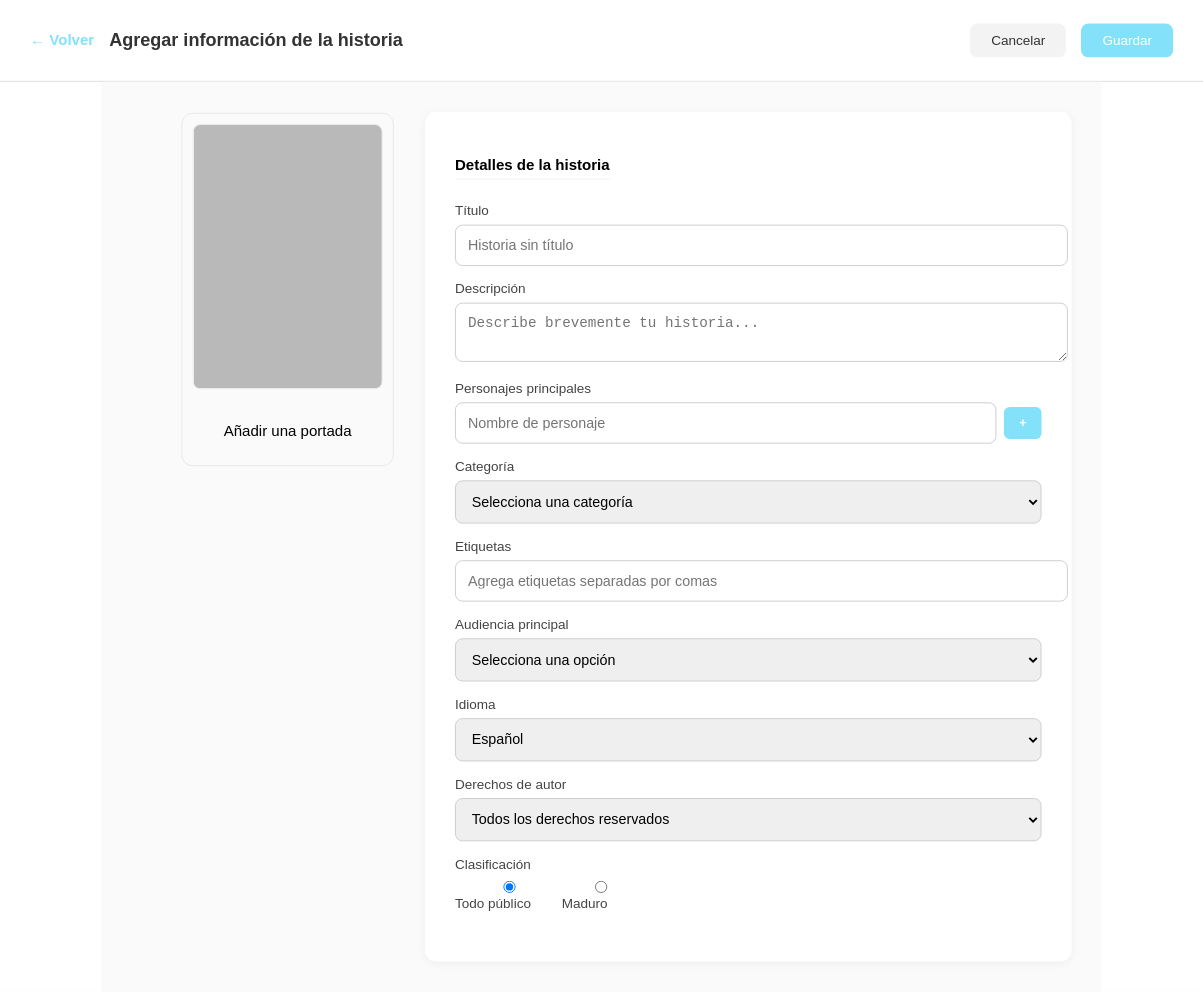
Repository: Mellowdarkl/willpig_studio
Page: .env/html_backup/indexCreti.html
An editor plug-in stored every save of this project. The page is shown before and after the next save, followed by the edit.
The browser window is 1280 px wide. The pictures show the whole page, at 94% of full size.
Pictures or frames that could not be fetched are drawn as grey boxes.

Above is the page before, as saved 2025-11-11 13:28:40.

### .env/html_backup/indexCreti.html
<!DOCTYPE html>
<html lang="es">
<head>
  <meta charset="UTF-8" />
  <meta name="viewport" content="width=device-width, initial-scale=1.0" />
  <title>Crear historia | Willpig Studio</title>
  <link rel="stylesheet" href="style1.2.css" />
  <link rel="icon" type="image/x-icon" href="/public/img/img.ico/logo.ico" />
</head>
<body>

  <!-- 🧭 Barra superior -->
  <header class="story-header">
    <div class="header-left">
      <a href="/" class="back-link">← Volver</a>
      <h2>Agregar información de la historia</h2>
    </div>

    <div class="header-actions">
      <button class="btn-canceler">Cancelar</button>
      <button class="btn-savever">Guardar</button>
    </div>
  </header>

  <!--  Contenedor principal -->
  <main class="new-storys">
    <!--  Lado izquierdo: portada -->
    <div class="story-cover">

    <div class="story-cover">
      <label for="portada" class="cover-box">
        <img src="/public/img/img.ico/image-icon.png" alt="" class="cover-icon">
        <p>Añadir una portada</p>
      </label>
        <input type="file" id="portada" accept="image/*" hidden>
    </div>


    <!--  Lado derecho: formulario -->
    <form class="story-form" action="/newstory" method="POST">
      <section class="story-details">
        <h3>Detalles de la historia</h3>

        <div class="form-group">
          <label for="titulo">Título</label>
          <input type="text" id="titulo" name="titulo" placeholder="Historia sin título" required>
        </div>

        <div class="form-group">
          <label for="descripcion">Descripción</label>
          <textarea id="descripcion" name="descripcion" placeholder="Describe brevemente tu historia..."></textarea>
        </div>

        <div class="form-group">
          <label for="personajes">Personajes principales</label>
          <div class="inline-group">
            <input type="text" id="personajes" name="personajes" placeholder="Nombre de personaje">
            <button type="button" class="btn-add">+</button>
          </div>
        </div>

        <div class="form-group">
          <label for="categoria">Categoría</label>
          <select id="categoria" name="categoria">
            <option value="">Selecciona una categoría</option>
            <option value="fantasia">Fantasía</option>
            <option value="romance">Romance</option>
            <option value="aventura">Aventura</option>
            <option value="drama">Drama</option>
            <option value="infantil">Infantil</option>
          </select>
        </div>

        <div class="form-group">
          <label for="etiquetas">Etiquetas</label>
          <input type="text" id="etiquetas" name="etiquetas" placeholder="Agrega etiquetas separadas por comas">
        </div>

        <div class="form-group">
          <label for="audiencia">Audiencia principal</label>
          <select id="audiencia" name="audiencia">
            <option value="">Selecciona una opción</option>
            <option value="general">General</option>
            <option value="adolescentes">Adolescentes</option>
            <option value="adultos">Adultos</option>
          </select>
        </div>

        <div class="form-group">
          <label for="idioma">Idioma</label>
          <select id="idioma" name="idioma">
            <option value="es">Español</option>
            <option value="en">Inglés</option>
          </select>
        </div>

        <div class="form-group">
          <label for="derechos">Derechos de autor</label>
          <select id="derechos" name="derechos">
            <option value="todos">Todos los derechos reservados</option>
            <option value="compartido">Uso compartido con créditos</option>
            <option value="libre">Dominio público</option>
          </select>
        </div>

        <div class="form-group">
          <label>Clasificación</label>
          <div class="inline-group">
            <label><input type="radio" name="clasificacion" value="todo" checked> Todo público</label>
            <label><input type="radio" name="clasificacion" value="maduro"> Maduro</label>
          </div>
        </div>
      </section>
    </form>
  </main>

</body>
<script>
  const input = document.getElementById("portada");
  const label = document.querySelector(".cover-box");

  input.addEventListener("change", function() {
    const file = this.files[0];
    if (file) {
      const imgURL = URL.createObjectURL(file);
      label.innerHTML = `<img src="${imgURL}" style="width:100%; height:100%; object-fit:cover; border-radius:12px;">`;
    }
  });
</script>
</html>

### .env/html_backup/style1.2.css
/*============================ Variables CSS ========================*/
:root {
  --orange: #94d5e6;
  --light-gray: #f5f5f5;
  --text-dark: #333;
  --text-light: #fff;
  --hover-bg: #ffe7d6;
  --transition: all 0.3s ease;
  --radius: 10px;
  font-family: 'Poppins', sans-serif;
}

/* === General === */
body {
  margin: 0;
  background: var(--light-gray);
  color: var(--text-dark);
}

/* 🌞 Modo claro por defecto */
body {
  background-color: rgb(22, 22, 22);
  color: rgb(250, 250, 250);
  transition: background-color 0.5s ease, color 0.5s ease;
}


body.dark-mode {
  background-color: #121212;
  color: #f0f0f0;
}
a {
  text-decoration: none;
  color: inherit;
}
a:hover {
  color: var(--orange);
}
/* === Navbar === */
.navbar {
  display: flex;
  align-items: center;
  justify-content: space-between;
  background-color: #99d6e0;
  padding: 8px 20px;
  font-family: 'Helvetica Neue', sans-serif;
  position: relative;
  top: 0;
  z-index: 10;
  height: 50px;
  box-sizing: border-box;
}

.logo-fig img {
  max-height: 58px; /* el logo nunca será más alto que esto */
  width: auto; /* mantiene proporción */
  object-fit: contain;
  margin-right: 1px;
  display: block; /* elimina efectos de línea base */
  align-items: left;
}

.logo {
  display: flex;
  align-items: center;
  cursor: pointer;
}

.logo-text {
  font-size: 20px;
  font-weight: 600;
  color: #0c2147;
  margin-left: 5px;
}

.search-bar {
  border-radius: 3px;
  padding: 9px 15px;
  border: none;
  width: 300px;
  outline: none;
  font-size: 14px;
  margin-right: 60%;
}

.S1mMa {
  width: 12px;
  height: 12px;
  margin-left: 4px;
  vertical-align: middle;
  margin-right: 0.5px;
  align-items: 14px;

}

.nav-actions {
  display: flex;
  align-items: center;
  gap: 0.1px;
}

/* Dropdown general */
.dropdown {
  position: relative;
}

.dropdown-trigger {
  display: flex;
  align-items: center;
  gap: 0.1px;
  cursor: pointer;
}

/* Botones */
.dropbtn {
  background: none;
  border: none;
  font-size: 14px;
  cursor: pointer;
  padding: 6px 6px;
  color: var(--text-dark);
  color: #121212;
}

/* Flechas */
.S1mMa {
  width: 12px;
  height: 12px;
  vertical-align: middle;
  margin-left: 2px;
}

/* Avatar */
.avatar-sm {
  width: 32px;
  height: 32px;
  border-radius: 50%;
  object-fit: cover;
}

/* Menú desplegable */
.dropdown-content {
  position: absolute;
  top: 100%;
  right: 0;
  background-color: white;
  display: none;
  flex-direction: column;
  box-shadow: 0 2px 8px rgba(0,0,0,0.15);
  z-index: 100;
  min-width: 160px;
}

/* Mostrar al pasar el cursor */
.dropdown:hover .dropdown-content {
  display: flex;
}

/* Contenedor general */
.dropdown.profile {
  position: relative;
  display: flex;
  align-items: center;
  cursor: pointer;
}

/* Avatar */
.avatar-sm {
  width: 32px;
  height: 32px;
  border-radius: 50%;
  object-fit: cover;
}

/* Flecha */
.S1mMa {
  width: 12px;
  height: 12px;
  margin-left: 2px;
  vertical-align: middle;
}

/* Menú desplegable */
.dropdown-content {
  position: absolute;
  top: 100%;
  right: 0;
  background-color: white;
  display: none;
  flex-direction: column;
  box-shadow: 0 2px 8px rgba(0,0,0,0.15);
  z-index: 100;
  min-width: 160px;
}

/* Mostrar al pasar el cursor por el avatar o flecha */
.dropdown.profile:hover .dropdown-content {
  display: flex;
}

/* Mostrar al pasar el cursor por el trigger */
.dropdown:hover .dropdown-content {
  display: flex;
}

.modo-btn {
  background: color(srgb rgb(230, 0, 0));
  border: none;
  font-size: 22px;
  cursor: pointer;
  transition: transform 0.2s ease;
}

.modo-btn:hover {
  transform: scale(1.2);
}

.nav-actions {
  display: flex;
  align-items: center;
  gap: 1rem;
}

.dropbtn {
  background: none;
  border: none;
  color: var(--text-light);
  font-weight: 500;
  cursor: pointer;
  padding: 0.1rem 0.5rem;
  position: static;
}

.dropdown-content {
  display: none;
  position: absolute;
  background: white;
  border-radius: var(--radius);
  box-shadow: 0 2px 10px rgba(0,0,0,0.1);
}

.dropdown:hover .dropdown-content {
  display: block;
}

.dropdown-content a {
  display: block;
  padding: 0.6rem 1rem;
  color: var(--text-dark);
  text-decoration: none;
}

.dropdown-content a:hover {
  background: var(--hover-bg);
}

/* === Carrusel === */
.hero-carousel {
  position: relative;
}

.carousel {
  display: flex;
  overflow: hidden;
}

.slide {
  min-width: 100%;
  position: relative;
  transform: opacity 5s ease-in-out;
}
.slide {
  display: block;
}

.carousel {
  position: relative;
  overflow: hidden;
}

.slide {
  display: none;
  width: 100%;
  transition: opacity 1s ease-in-out;
}

.slide.active {
  display: block;
}

.slide img {
  width: 100%;
  height: 450px;
  object-fit: cover;
}

.caption {
  position: absolute;
  bottom: 5cqb;
  left: 15px;button {
  border: none;
  border-radius: 25px; /* 🔸 más redondo */
  padding: 10px 25px;
  background-color: #5fa55a;
  color: rgb(255, 255, 255);
  font-weight: 600;
  cursor: pointer;
  transition: background-color 0.3s ease, transform 0.2s ease;
}

button:hover {
  background-color: #88cc50; /* color cálido al pasar el cursor */
  transform: scale(1.05);
}

  background: none;
  color: #f0f0f0;
  padding: 0.9rem;
  border-radius: var(--radius);

}

.carousel-controls {
  position: absolute;
  top: 50%;
  width: 100%;
  display: flex;
  justify-content: space-between;
}

.carousel-controls button {
  background: rgba(44, 44, 44, 0.5);
  color: white;
  border: none;
  font-size: 1rem;
  cursor: pointer;
  border-radius: 50%;
  padding: 0.5rem 1rem;
  position: relative;
}

/* === Secciones de historias === */
.stories-section {
  margin: 2rem;
  align-items: center;
}

.stories-section h2 {
  margin-bottom: 1rem;
  margin-left: 260px; /* leve desplazamiento visual para armonía */
  font-size: 1.5rem;
}

.stories-section {
  margin: 3rem auto;
  max-width: 90%; /* limita el ancho total para que el título y libros estén alineados */
}

.scroll-container {
  display: flex;
  flex-wrap: wrap; /* permite que los libros salten a otra línea si no caben */
  justify-content: center;
  gap: 1rem;
  padding: 10px;
  overflow-x: auto; /* mantiene el scroll si hay demasiados */
  box-sizing: border-box;
  padding: 0.8rem 10px 1rem 10px;
}

.story-card {
  flex: 1 1 150px; /*  permite adaptación dinámica */
  max-width: 180px; /*  evita que crezcan demasiado */
  min-width: 140px; /*  evita que se deformen en zoom alto */
  background: white;
  border-radius: var(--radius);
  box-shadow: 0 2px 5px rgba(0, 0, 0, 0.1);
  text-align: center;
  transition: var(--transition);
  background-color: #f5f5f5;
  color: #000000;
  transition: cubic-bezier(0.075, 0.82, 0.165, 1) all 0.3s;
}


.story-card img {
  width: 100%;
  height: auto;
  border-radius: var(--radius) var(--radius) 0 0;
  object-fit: cover;
  color: #000000;
}

.story-card:hover {
  transform: scale(1.05);
}

.story-card img {
  width: 100%;
  border-radius: var(--radius) var(--radius) 0 0;
  height: 220px;
  object-fit: cover;
}

.leer_story {
  margin-top: 10px;
  margin-bottom: 10px;
  border: none;
  border-radius: 15px; /* 🔸 más redondo */
  padding: 10px 25px;
  background-color: #5fa55a;
  color: rgb(255, 255, 255);
  font-weight: 600;
  cursor: pointer;
  transition: background-color 0.3s ease, transform 0.2s ease;
}
.leer_story:hover {
  background-color: #88cc50; /* color cálido al pasar el cursor */
  transform: scale(1.05);
}

.navbar:hover .dropbtn {
  color: var(--text-bright);
}
.story-card h3 {
  margin: 0.5rem 0;
  font-size: 1rem;
  color: var(--text-dark);
  color: #ffffff;
  transition: all 0.3s ease;
  background-color: #000000;
}
.scroll-btn {
  position: absolute;
  top: 35%;
  background: rgba(255,255,255,0.8);
  border: none;
  font-size: 1.5rem;
  cursor: pointer;
  border-radius: 50%;
  padding: 0.3rem 0.6rem;
  transition: var(--transition);
}

.scroll-btn:hover {
  background: var(--orange);
  color: rgb(201, 13, 13);
}

.scroll-btn.left { left: -5px; }
.scroll-btn.right { right: -5px; }

/* === Historia destacada === */
.featured-story {
  display: flex;
  margin: 3rem 2rem;
  background: white;
  border-radius: var(--radius);
  overflow: hidden;
  background-color: rgb(255, 255, 255);
  color: black;
  transition: background-color 0.5s ease, color 0.5s ease;
  border: #f0f0f0 1px solid;
}

.featured-story img {
  width: 50%;
  object-fit: cover;
}

.featured-story .info {
  padding: 2rem;
}

/* === Footer === */
footer {
  background: #ffffff;
  text-align: center;
  padding: 2rem;
  font-size: 0.9rem;
  color: #012464;
}

.footer-links {
  display: flex;
  justify-content: center;
  gap: 1.5rem;
  flex-wrap: wrap;
  margin-bottom: 0.8rem;

}

.footer-links a {
  color: #444;
  text-decoration: none;
}

.footer-links a:hover {
  text-decoration: underline;
}

.footer-links {
  padding: 0px 20px;
}

.footer-links {
  max-width: 600px;
  margin: 0 auto;
}

.scroll-container {
  display: flex;
  justify-content: center; /* Centra horizontalmente */
  align-items: center;     /* Centra verticalmente */
  flex-wrap: wrap;         /* Para que salten de línea si hay muchas */
  gap: 1.5rem;             /* Espaciado entre tarjetas */
  padding: 20px;
}

.theme-color {
  background: #99d6e0;
  border: none;
  color: var(--text-light);
  font-weight: 100;
  cursor: pointer;
}

body {
  background-color: white;
  color: black;
  transition: background-color 0.5s ease, color 0.5s ease;
}

body.dark-mode {
  background-color: black;
  color: white;
}
body.dark-mode .featured-story {
  background-color: #1c1c1c;
  color: #f0f0f0;
}
/*=======Final pagina principal======*/

/* ======= FORMULARIO DE REGISTRO ======= */
html, body {
  margin: 0;
  padding: 0;
}

.register-container-igm {
  display: flex;
  justify-content: center;
  align-items: center;
  height: 100vh;
  background-image: url('/public/img/img.ico/fondo_register.jpg'); /* ✅ sin /public */
  background-size: cover;
  background-position: center;
}

.logo-LTRA {
  position: absolute;
  top: 40px ;
  left: 460px;
}

.logo-LTRA img {
  height: 80px;
}

.register-card {
  background: rgba(255, 255, 255, 0.96);
  padding: 2.5rem;
  border-radius: 15px;
  box-shadow: 0 4px 20px rgba(0,0,0,0.20);
  width: 100%;
  max-width: 420px;
  text-align: center;
  backdrop-filter: blur(6px);
}

.register-card h1 {
  font-size: 1.8rem;
  margin-bottom: 1rem;
  color: var(--accent-color, #f39135);
}

.register-form .form-group {
  text-align: left;
  margin-bottom: 1.2rem;
}

.register-form input {
  width: 100%; /* ✅ ya no corta el ancho */
  padding: 0.8rem;
  border: 1px solid #ccc;
  border-radius: 8px;
  font-size: 1rem;
}

.register-form input:focus {
  border-color: var(--accent-color, #f39135);
  box-shadow: 0 0 4px rgba(243,115,53,0.3);
}

/* Botón */
.btn-register {
  background-color: #040225;
  color: white;
  border: none;
  width: 100%;
  padding: 0.9rem;
  border-radius: 10px;
  cursor: pointer;
}

.btn-register:hover {
  background-color: #3d3d3d;
}

/* Link de login */
.login-link a {
  color: #040225;
  font-weight: 600;
  text-decoration: none;
}

.login-link a:hover {
  text-decoration: underline;
}

/*=======Final formulario de registro======*/

/* ====== FORMULARIO DE LOGIN ====== */
main.loginIn-container .btn-loginIn {
  /* estilos aquí */
  .loginIn-container {
  display: flex;
  justify-content: center;
  align-items: center;

}
.loginPin-card {
  background: #fff;
  padding: 2.5rem;
  border-radius: 15px;
}
  box-shadow: 0 4px 20px rgba(0,0,0,0.08);
  width: 100%;
  max-width: 420px;
  text-align: center;


}
html, body {
  margin: 0;
  padding: 0;
}
.register-container {
  display: flex;
  justify-content: center;
  align-items: center;
  margin-left: auto;
  margin-right: 40vh;
}

.loginIn-container {
  display: flex;
  justify-content: center;
  align-items: center;
  height: 100vh;
  background-color: var(--background-color, #fff);
  left: 400vh;
}

.loginPin-card {
  background: #fff;
  padding: 2.5rem;
  border-radius: 15px;
  box-shadow: 0 4px 20px rgba(0,0,0,0.08);
  width: 100%;
  max-width: 420px;
  text-align: center;
  left: 400vh;
}

.loginPin-card h1 {
  font-size: 1.8rem;
  margin-bottom: 1rem;
  color: var(--accent-color, #f37335);
}

/* ====== LOGIN ESTILO POCKET ====== */
.login-pocketIN {
  display: flex;
  height: 100vh;
  background-color: #fff;
}

/* Lado izquierdo con imagen */
.login-visual {
  flex: 1;
  background-color: #fafafa;
  display: flex;
  justify-content: center;
  align-items: center;
  padding: 2rem;
}

.login-visual img {
  width: 90%;
  max-width: 600px;
  border-radius: 10px;
  box-shadow: 0 4px 30px rgba(0, 0, 0, 0.1);
}

/* Lado derecho con formulario */
.login-form-section {
  flex: 1;
  display: flex;
  justify-content: center;
  align-items: center;
  padding: 2rem;
}

.login-box {
  width: 90%;
  max-width: 400px;
  text-align: center;
}

.login-box h1 {
  color: var(--accent-color, #f39135);
  font-size: 1.8rem;
  margin-bottom: 3rem;
}

.login-box p {
  color: #666;
  margin-bottom: 1.5rem;
}

.form-login .form-group {
  text-align: left;
  margin-bottom: 1rem;
}

.form-login label {
  display: block;
  font-size: 0.9rem;
  color: #444;
  margin-bottom: 0.3rem;
}

.form-login input {
  width: 88%;
  padding: 0.8rem;
  border: 1px solid #ccc;
  border-radius: 8px;
  font-size: 1rem;
  outline: none;
  transition: 0.3s;
}

.form-login input:focus {
  border-color: var(--accent-color, #f37335);
  box-shadow: 0 0 5px rgba(243,115,53,0.3);
}

.btn-login-pocket {
  background-color: var(--accent-color, #070658);
  color: white;
  border: none;
  border-radius: 8px;
  width: 80%;
  padding: 0.9rem;
  font-size: 1rem;
  cursor: pointer;
  transition: background 0.3s ease;
}

.btn-login-pocket:hover {
  background-color: #303030;
}

.forgot {
  display: block;
  margin-top: 0.8rem;
  color: #1d1d1d;
  font-size: 1rem;
  text-decoration: none;
}

.divider {
  margin: 1.5rem 0;
  position: relative;
  text-align: center;
  color: #aaa;
}

.divider::before, .divider::after {
  content: "";
  position: absolute;
  top: 50%;
  width: 40%;
  height: 1px;
  background-color: #ddd;
}

.divider::before { left: 0; }
.divider::after { right: 0; }

.social-login {
  display: flex;
  flex-direction: column;
  gap: 0.7rem;
}

.social-btn {
  border: 1px solid #ddd;
  border-radius: 8px;
  padding: 0.8rem;
  background-color: #fff;
  cursor: pointer;
  transition: background 0.3s;
}

.social-btn:hover {
  background-color: #f8f8f8;
}

.google { color: #252525; }
/*
.telefono { color: #000; }
.facebook { color: #e66000; }
*/
social-btn google img {
  width: 20px;
  height: 20px;
  vertical-align: middle;
  margin-right: 12px;
  gap: 10px;
  padding: 0.5rem 1rem;
}
.register-text {
  margin-top: 1.5rem;
  font-size: 0.9rem;
}

.register-text a {
  color: var(--accent-color, #f37335);
  font-weight: 500;
  text-decoration: none;
}

.register-text a:hover {
  text-decoration: underline;
}

/* Responsivo */
@media (max-width: 850px) {
  .login-pocket {
    flex-direction: column;
    height: auto;
  }

  .login-visual {
    display: none;
  }

  .login-form-section {
    padding: 3rem 1rem;
  }
}

/* ====== OPCIONES EXTRA DEL LOGIN ====== */
.form-options {
  text-align: left;
  margin: 0.5rem 0 1rem;
  font-size: 0.9rem;
  color: #555;
}

.form-options input[type="checkbox"] {
  margin-right: 0.4rem;
  accent-color: var(--accent-color, #f37335);
}

/* ====== FORMULARIO DE NOTIFICACIÓN ====== */
.story-header {
  display: flex;
  justify-content: space-between;
  align-items: center;
  background: #fff;
  border-bottom: 1px solid #ddd;
  padding: 1rem 2rem;
}

.story-header .header-left {
  display: flex;
  align-items: center;
  gap: 1rem;
}

.story-header h2 {
  font-size: 1.2rem;
  color: #333;
}

.back-link {
  color: var(--accent-color, #83e2fa);
  text-decoration: none;
  font-weight: bold;
}

.header-actions {
  display: flex;
  gap: 1rem;
}

.btn-canceler, .btn-savever {
  padding: 0.6rem 1.4rem;
  border-radius: 8px;
  font-size: 0.9rem;
  border: none;
  cursor: pointer;
  transition: 0.3s;
}

.btn-canceler {
  background: #f3f3f3;
  color: #333;
}

.btn-canceler:hover { background: #e5e5e5; }

.btn-savever {
  background: var(--accent-color, #83e2fa);
  color: white;
}

.btn-savever:hover { background: #9af1d4; }

/* Layout general */
.new-storys {
  display: flex;
  padding: 2rem;
  gap: 2rem;
  background: #fafafa;
  margin: auto;
  max-width: 1000px;
}


/* Portada */
.story-cover {
  flex: 1;
  display: flex;
  justify-content: center;
  align-items: flex-start;
}

.cover-box {
  text-align: center;
  position: relative;
  left: 10px;
  top: 1px;
  border: 0.1px solid #e7e7e7;
  padding: 0.7rem;
  border-radius: 12px;
  box-shadow: 0 2px 10px rgba(255, 255, 255, 0.1);
}

.story-cover {
  width: 200px;
  display: flex;
  justify-content: center;
}
/*
.cover-box {
  width: 56%;
  height: 300px;
  background: #ededed;
  border-radius: 7px;
  border: 1px dashed #e9e9e9;
  display: flex;
  flex-direction: column;
  justify-content: center;
  align-items: center;
  color: #b3b3b3;
  cursor: pointer;
}
*/
.cover-box:hover {
  border-color: var(--accent-color, #e7e7e7);
  background: #fafafa;
}

.cover-icon {
  width: 20px;
  opacity: 0.7;
}


.coverPreview {
  margin-bottom: 1rem;
  position: absolute 0;
  top: 0;
  left: 0;
}

.btn-upload- {
  display: none;
  position: relative;
  top: 0;
  left: 0;
  z-index: 1;
}
.cover-box img {
  width: 200px;
  height: 280px;
  border: 1px solid #ddd;
  border-radius: 8px;
  object-fit: cover;
  margin-bottom: 1rem;
}

.btn-upload {
  background: #f3f3f3;
  border-radius: 8px;
  padding: 0.6rem 1rem;
  cursor: pointer;
  color: #333;
  font-size: 0.9rem;
}

.btn-upload:hover {
  background: #e5e5e5;
}

/* Formulario */
.story-form {
  flex: 2;
  background: #fff;
  padding: 2rem;
  border-radius: 12px;
  box-shadow: 0 2px 10px rgba(0,0,0,0.05);
}

.story-details h3 {
  font-size: 1rem;
  margin-bottom: 1.6rem;
  border-bottom: 1px solid var(--accent-color, #f0f0f0);
  display: inline-block;
  padding-bottom: 0.3rem;
}

.form-group {
  margin-bottom: 1rem;
}

.form-group label {
  display: block;
  margin-bottom: 0.4rem;
  font-size: 0.9rem;
  color: #444;
}

.form-group input,
.form-group textarea,
.form-group select {
  width: 100%;
  padding: 0.8rem;
  border: 1px solid #ccc;
  border-radius: 8px;
  font-size: 0.95rem;
  outline: none;
}

.inline-group {
  display: flex;
  gap: 0.5rem;
  align-items: center;
}

.btn-add {
  padding: 0.6rem 1rem;
  background: var(--accent-color, #83e2fa);
  border: none;
  color: #fff;
  border-radius: 6px;
  cursor: pointer;
  font-weight: bold;
}

.btn-add:hover {
  background: #83e2fa;
}

/* Responsivo */
@media (max-width: 900px) {
  .new-story {
    flex-direction: column;
    padding: 1rem;
  }

  .story-form {
    padding: 1.5rem;
  }
}

After the next save:
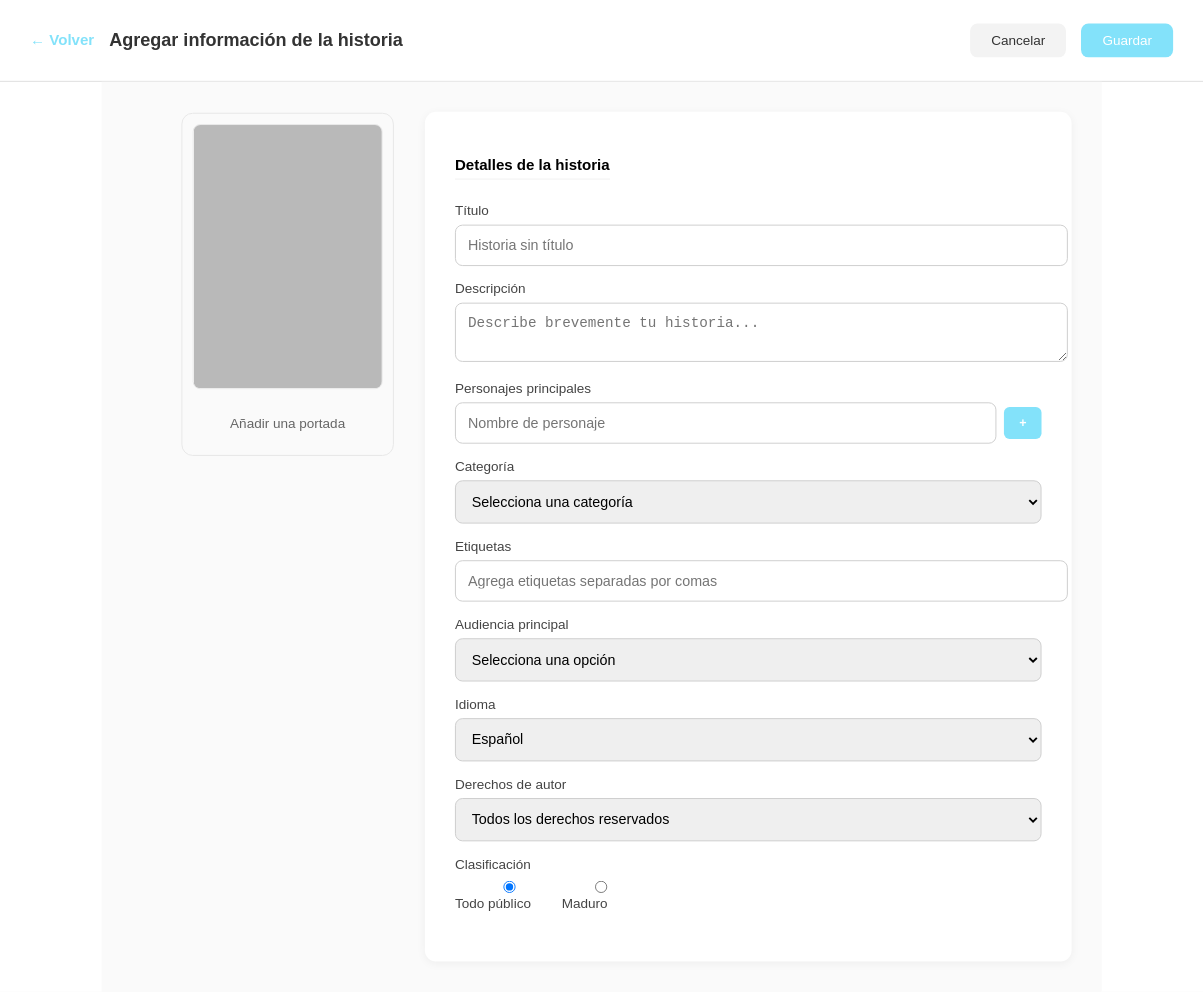
Saved 79 s later.
--- a/.env/html_backup/style1.2.css
+++ b/.env/html_backup/style1.2.css
@@ -958,6 +958,11 @@ social-btn google img {
   align-items: flex-start;
 }
 
+.story-cover p {
+  margin-top: 0.5rem;
+  font-size: 0.9rem;
+  color: #666;
+}
 .cover-box {
   text-align: center;
   position: relative;
